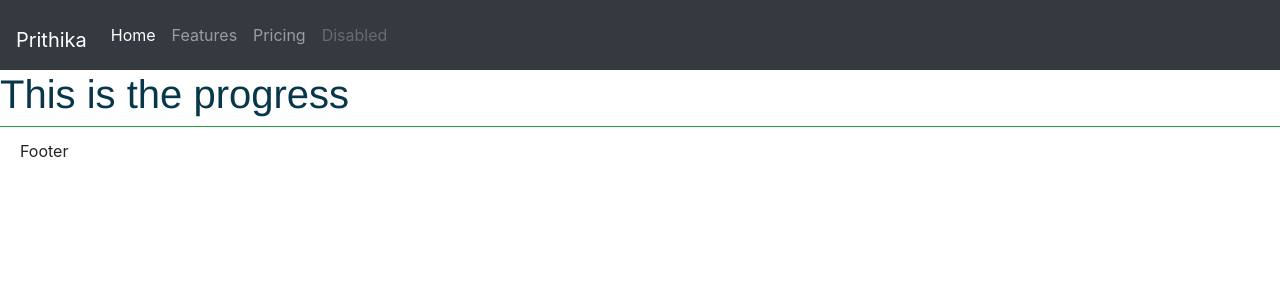
Repository: Imprasna/pritk
Page: index.html
These files come from the project's save history. The page is drawn as it stood at one moment and after the next save; the edit follows.
The browser window is 1280 px wide. The pictures show the whole page.

Above is the page before, as saved 2021-12-15 14:15:49.

### index.html
<!DOCTYPE html>
<html lang="en">

<head>
    <meta charset="UTF-8">
    <meta http-equiv="X-UA-Compatible" content="IE=edge">
    <meta name="viewport" content="width=device-width, initial-scale=1.0">
    <link rel="stylesheet" href="style.css">
    <link rel="stylesheet" href="https://cdn.jsdelivr.net/npm/bootstrap@4.6.1/dist/css/bootstrap.min.css" integrity="sha384-zCbKRCUGaJDkqS1kPbPd7TveP5iyJE0EjAuZQTgFLD2ylzuqKfdKlfG/eSrtxUkn" crossorigin="anonymous">
    <title>Prithika</title>
</head>

<body>

    <header>
        <nav class="navbar navbar-expand-lg navbar-dark bg-dark">
            <a class="navbar-brand" href="#">Prithika</a>
            <button class="navbar-toggler" type="button" data-toggle="collapse" data-target="#navbarNav" aria-controls="navbarNav" aria-expanded="false" aria-label="Toggle navigation">
              <span class="navbar-toggler-icon"></span>
            </button>
            <div class="collapse navbar-collapse" id="navbarNav">
              <ul class="navbar-nav">
                <li class="nav-item active">
                  <a class="nav-link" href="#">Home <span class="sr-only">(current)</span></a>
                </li>
                <li class="nav-item">
                  <a class="nav-link" href="#">Features</a>
                </li>
                <li class="nav-item">
                  <a class="nav-link" href="#">Pricing</a>
                </li>
                <li class="nav-item">
                  <a class="nav-link disabled">Disabled</a>
                </li>
              </ul>
            </div>
          </nav>
    </header>



    <main>
        <h1>This is the progress </h1>
    </main>

    <footer>
        <div class="card-footer bg-transparent border-success">Footer</div>
    </footer>










    <script src="https://cdn.jsdelivr.net/npm/jquery@3.5.1/dist/jquery.slim.min.js" integrity="sha384-DfXdz2htPH0lsSSs5nCTpuj/zy4C+OGpamoFVy38MVBnE+IbbVYUew+OrCXaRkfj" crossorigin="anonymous"></script>
    <script src="https://cdn.jsdelivr.net/npm/popper.js@1.16.1/dist/umd/popper.min.js" integrity="sha384-9/reFTGAW83EW2RDu2S0VKaIzap3H66lZH81PoYlFhbGU+6BZp6G7niu735Sk7lN" crossorigin="anonymous"></script>
    <script src="https://cdn.jsdelivr.net/npm/bootstrap@4.6.1/dist/js/bootstrap.min.js" integrity="sha384-VHvPCCyXqtD5DqJeNxl2dtTyhF78xXNXdkwX1CZeRusQfRKp+tA7hAShOK/B/fQ2" crossorigin="anonymous"></script>
    <script src="app.js"></script>
</body>

</html>

### style.css
@import url('https://fonts.googleapis.com/css2?family=Mulish:wght@200;300;400;500;600;700&display=swap');

* {
    margin: 0;
    padding: 0;
    box-sizing: border-box;
}

html, body {
    font-family: 'Mulish', sans-serif;
    scroll-behavior: smooth;
}


.about-tools ul li, .contact-social-icons ul a li {
  text-align: center; }

.centered {
  float: none;
  margin-left: auto;
  margin-right: auto; }

.break {
  clear: both;
  margin-top: 10px; }

@media (min-width: 768px) {
  .pull-right-sm {
    float: right !important; }

  .pull-left-sm {
    float: left !important; } }
@media (min-width: 992px) {
  .pull-right-md {
    float: right !important; }

  .pull-left-md {
    float: left !important; } }
@media (min-width: 1200px) {
  .pull-right-lg {
    float: right !important; }

  .pull-left-lg {
    float: left !important; } }
* {
  box-sizing: border-box; }

/* html {
  position: relative;
  height: 100%; } */

img {
  width: 100%; }

/* body {
  height: 100%;
  font-family: "Comfortaa", Helvetica, Arial, sans-serif;
  background-color: #25b79f;
  margin-bottom: 60px; } */
  /* Margin bottom by footer height */

h1,
h2,
h3,
h4,
h5 {
  font-family: "Comfortaa", Helvetica, Arial, sans-serif;
  color: #07374a; }

p {
  font-family: "Quattrocento", sans-serif;
  color: #f0f0e6; }

body > .container-fluid {
  padding: 60px 15px 0; }

.container-fluid .text-muted {
  margin: 20px 0; }

.btn:focus, a:focus {
  outline: none !important; }

.navbar {
  height: 70px;
  background-color: transparent;
  background: transparent;
  border: none;
  color: #f0f0e6;
  z-index: 100;
  margin-bottom: 0;
  border-radius: 0;
  transition: background-color 1s ease 0s; }

.navbar-brand {
  display: none;
  margin-top: 10px;
  color: #f0f0e6;
  font-weight: 400; }

.navbar-default .navbar-nav > li > a {
  color: #f0f0e6;
  font-weight: 500;
  font-size: 1em;
  text-transform: lowercase;
  margin: 10px 5px 5px 5px;
  border-radius: 5px; }
.navbar-default .navbar-nav > li > a:hover, .navbar-default .navbar-nav > li > a:active, .navbar-default .navbar-nav > li > a:focus {
  color: #f0f0e6;
  border: 1px solid #f0f0e6; }
.navbar-default .navbar-nav > li > a:visited {
  color: #f0f0e6;
  text-decoration: none; }
.navbar-default .navbar-nav > .active > a, .navbar-default .navbar-nav > .active > a:hover, .navbar-default .navbar-nav > .active > a:focus {
  background-color: transparent;
  color: #f0f0e6; }
.navbar-default .navbar-toggle {
  border-color: #f0f0e6; }
  .navbar-default .navbar-toggle:hover, .navbar-default .navbar-toggle:focus {
    background-color: #07374a; }
  .navbar-default .navbar-toggle .icon-bar {
    color: #f0f0e6;
    background-color: #f0f0e6; }
.navbar-default .navbar-collapse.collapse.in ul {
  background-color: #07374a; }

/* Solid class attached on scroll past first section */
.navbar.solid {
  background-color: #07374a;
  transition: background-color 1s ease 0s;
  box-shadow: 0 0 4px rgba(7, 55, 74, 0.2); }
  .navbar.solid .navbar-brand {
    display: inline-block;
    color: #f0f0e6;
    transition: color 1s ease 0s; }
  .navbar.solid .navbar-nav > li > a {
    color: #f0f0e6;
    transition: color 1s ease 0s; }

.cover {
  padding: 10% 0 10% 0; }
  .cover.top {
    padding: 15% 0 10% 0;
    height: 100vh;
    display: flex;
    background-color: #25b79f; }
  .cover.bottom {
    padding: 10% 0 10% 0; }

.headline {
  padding-top: 6.25em; }
  @media screen and (min-width: 768px) {
    .headline {
      padding-top: 3.75em; } }
  @media screen and (min-width: 992px) {
    .headline {
      padding-top: 1.5625em; } }
  @media screen and (min-width: 1200px) {
    .headline {
      padding-top: 0px; } }

#about {
  background-color: #07374a; }
  #about h2 {
    color: #25b79f; }

.profile-img {
  margin-bottom: 15px;
  width: 120px; }

.about, .about-info, .about-tools, .about-last {
  padding: 4% 10% 1% 10%;
  font-size: 1.25em; }
  .about-tools {
    padding-top: 4.375em;
    font-weight: 700;
    font-size: 1.5em; }
    @media screen and (min-width: 992px) {
      .about-tools {
        padding-top: 5.625em; } }
    .about-tools ul:first-child {
      padding-left: 0px; }
    .about-tools ul {
      color: #25b79f;
      list-style: none; }
      .about-tools ul li {
        padding-top: 0.75em; }
  .about-last {
    padding-top: 3.125em;
    padding-bottom: 0;
    font-size: 1.125em; }
    @media screen and (min-width: 992px) {
      .about-last {
        padding-top: 0; } }
    .about-last p {
      color: #25b79f; }

#portfolio {
  background-color: #25b79f; }
  #portfolio h2 {
    padding-bottom: 1.25em; }

@media screen and (min-width: 768px) {
  .portfolio-projects {
    margin-top: 0.625em; } }
.portfolio-projects--title {
  margin-top: 0.9375em; }
  @media screen and (min-width: 768px) {
    .portfolio-projects--title {
      margin-top: 20%; } }
  @media screen and (min-width: 1200px) {
    .portfolio-projects--title {
      margin-top: 5%; } }
@media screen and (min-width: 768px) {
  .portfolio-projects--desc {
    margin-top: 10%;
    margin-bottom: 10%; } }
.portfolio-projects--btn {
  background: transparent;
  color: #07374a;
  border: 1px solid #07374a;
  border-radius: 5px;
  margin-bottom: 1.25em; }
  .portfolio-projects--btn:hover {
    background: #07374a;
    color: #f0f0e6; }
.portfolio-projects--image {
  margin-bottom: 1.875em;
  padding-top: 5%; }

#contact {
  background-color: #07374a; }
  #contact h2 {
    color: #25b79f; }

.contact-social-icons p {
  color: #25b79f; }
.contact-social-icons ul a {
  color: #25b79f;
  list-style: none; }
  .contact-social-icons ul a:hover {
    color: #f0f0e6; }
  .contact-social-icons ul a li {
    display: inline-block;
    padding: 2%; }

.footer {
  bottom: 0;
  width: 100%;
  /* Set the fixed height of the footer here */
  height: 30px;
  background-color: #07374a;
  color: #f0f0e6; }

#scrollIcon, #scrollTopIcon {
  margin-top: 200px;
  padding: 10px;
  font-size: 1.5em;
  color: #07374a;
  border: solid 2px #07374a;
  border-radius: 50%; }

#scrollTopIcon {
  margin-top: 10px;
  font-size: 1em;
  color: #f0f0e6;
  border-color: #f0f0e6; }

.back-to-top {
  display: none; }
  .back-to-top.visible {
    display: block; }

### app.js
$(document).ready(function() {

    // Transition effect for navbar and back-to-top icon
    $(window).scroll(function() {
      // checks if window is scrolled more than 500px, adds/removes solid class
      if($(this).scrollTop() > 550) {
          $('.navbar').addClass('solid');
          $('.back-to-top').addClass('visible');
      } else {
          $('.navbar').removeClass('solid');
          $('.back-to-top').removeClass('visible');
      }

    });


    // Scrolling effect for Arrow icons
    $("#scrollIcon").click(function(e) {
        e.preventDefault();
        $.scrollTo($("#about"), 1000);
    });
    $("#nav-about").click(function(e) {
        e.preventDefault();
        $.scrollTo($("#about"), 1000);
    });
    $("#nav-portfolio").click(function(e) {
        e.preventDefault();
        $.scrollTo($("#portfolio"), 1000);
    });
    $("#nav-contact").click(function(e) {
        e.preventDefault();
        $.scrollTo($("#contact"), 1000);
    });
    $(".navbar-brand").click(function(e) {
        e.preventDefault();
        $.scrollTo(0, 1000);
    });

  });

After the next save:
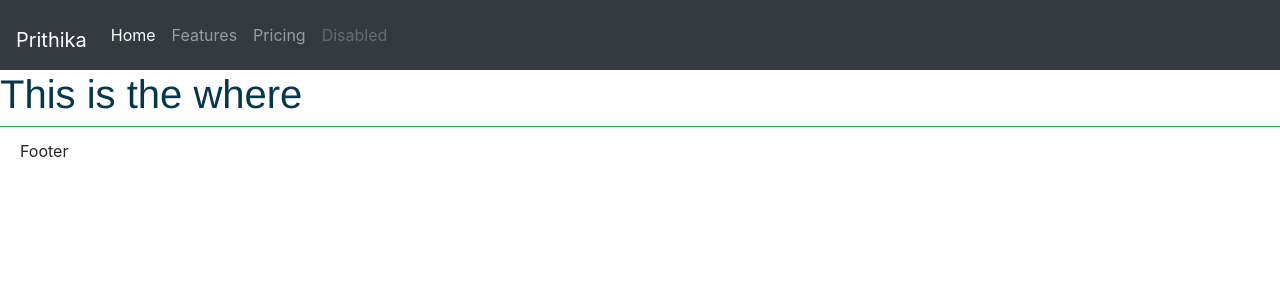
Saved 4 s later.
--- a/index.html
+++ b/index.html
@@ -40,7 +40,7 @@
 
 
     <main>
-        <h1>This is the progress </h1>
+        <h1>This is the where </h1>
     </main>
 
     <footer>
